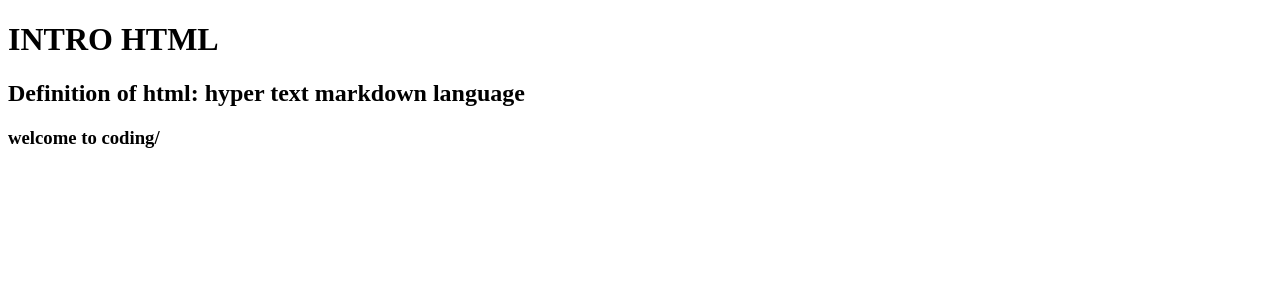
Repository: mirambialex/MYFIRSTREPOR
Page: INTRODUCTION.HTML
The author's editor kept a copy of each file at every save. The page is drawn from the files as they stood at one save, then again after a run of saves.
The browser window is 1280 px wide. The pictures show the whole page.

Above is the page before, as saved 2024-03-29 09:13:59.

After the next 2 saves:
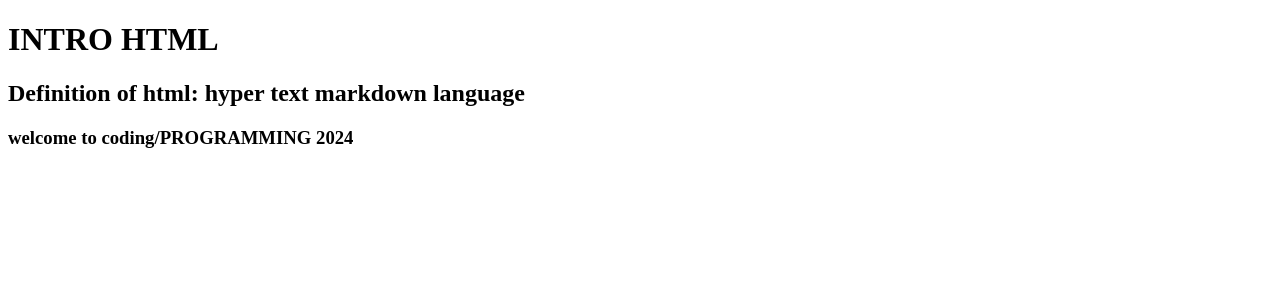
The 2 saves are shown as one change because they came seconds apart.
The last was saved 10 s later.
--- a/INTRODUCTION.HTML
+++ b/INTRODUCTION.HTML
@@ -19,7 +19,7 @@
 
         <p>
             <h3>
-                welcome to coding/
+                welcome to coding/PROGRAMMING 2024
             </h3>
         </p>
     </div>

After the save that followed:
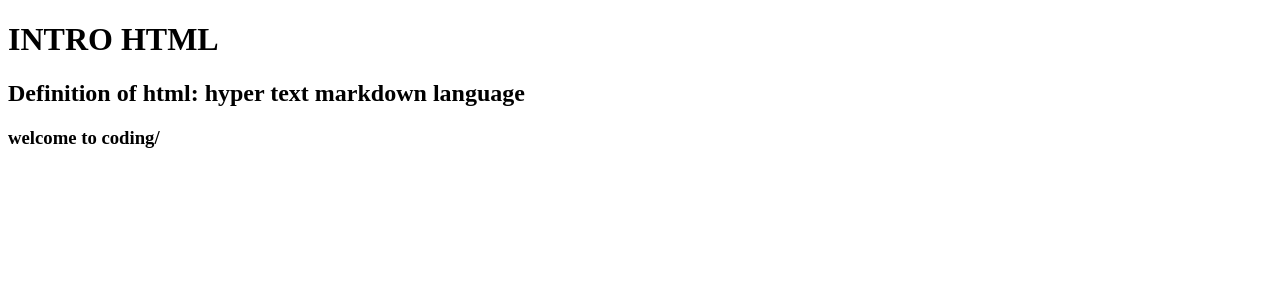
Saved 7 s later.
--- a/INTRODUCTION.HTML
+++ b/INTRODUCTION.HTML
@@ -19,7 +19,7 @@
 
         <p>
             <h3>
-                welcome to coding/PROGRAMMING 2024
+                welcome to coding/
             </h3>
         </p>
     </div>
